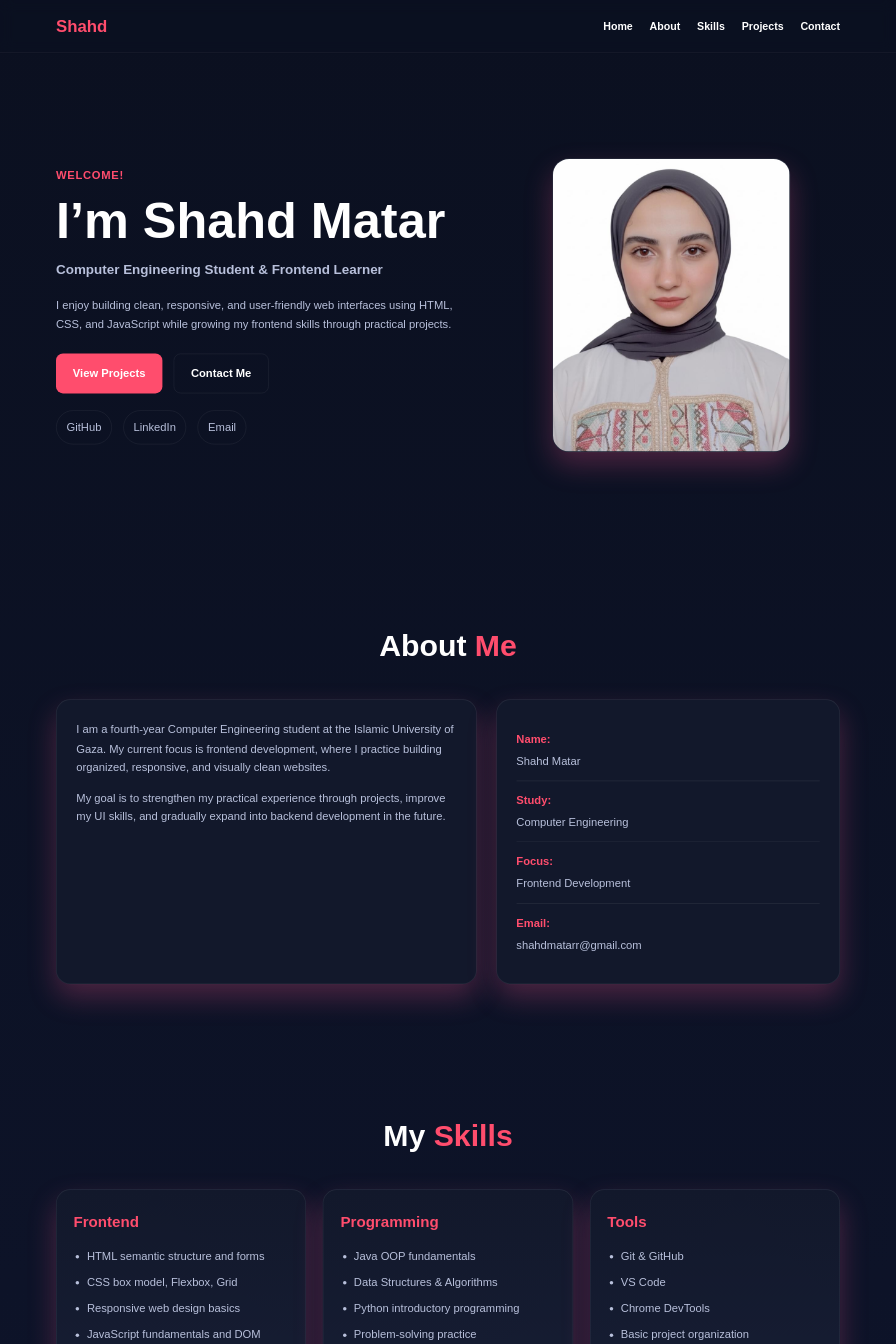
Repository: shahdmattar/personal-landing-page
Page: index.html
An editor plug-in stored every save of this project. The page is shown before and after a run of saves, followed by the edit.
The browser window is 1280 px wide. The pictures show the part of the page from y = 0 to 1920 px (the page is 3670 px tall), at 70% of full size.

Above is the page before, as saved 2026-04-14 00:58:08.

After the next 2 saves:
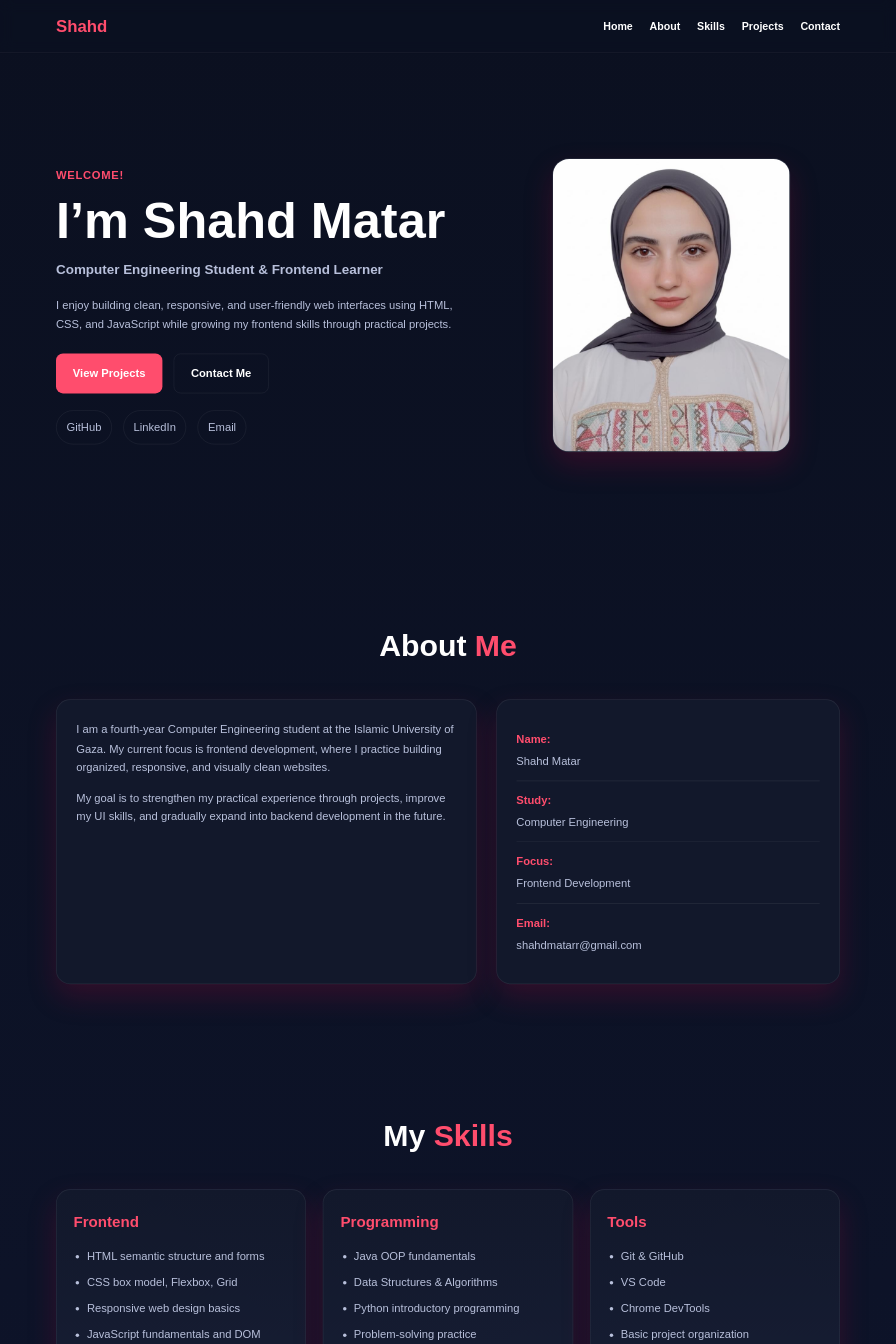
The 2 saves are shown as one change because they came seconds apart.
The last was saved 7 s later.
--- a/style.css
+++ b/style.css
@@ -13,7 +13,7 @@
   --accent: #ff4d6d;
   --accent-dark: #e63f5d;
   --border: rgba(255, 255, 255, 0.08);
-  --shadow: 0 18px 40px rgba(202, 72, 122, 0.33);
+  --shadow: 0 18px 40px rgba(124, 8, 52, 0.33);
   --radius: 20px;
   --transition: 0.3s ease;
 }
